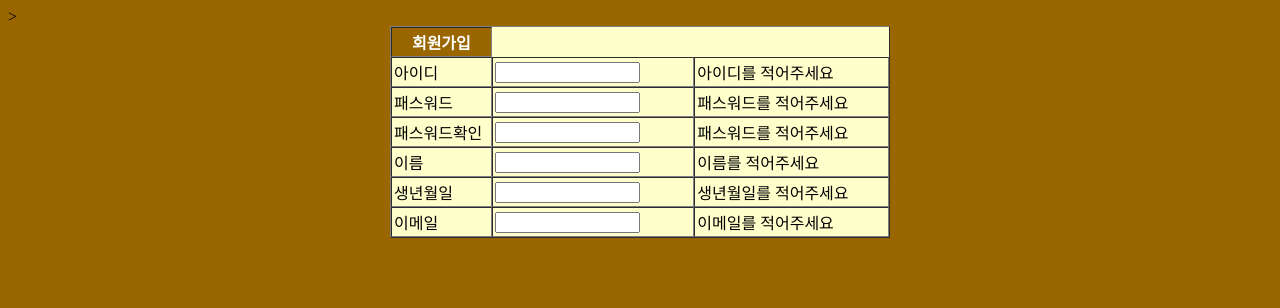
Repository: kimwoongasd/JSPAndServlet
Page: http://localhost/day1226/member.jsp
The author's editor kept a copy of each file at every save. The page is drawn from the files as they stood at one save, then again after the next save.
The browser window is 1280 px wide. The pictures show the whole page.
The page is served by Tomcat 9.

Above is the page before, as saved 2023-12-26 00:39:06.

After the next save:
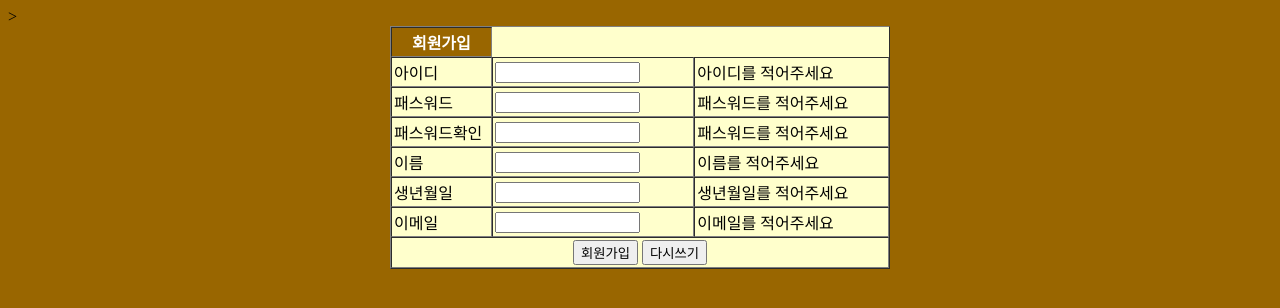
Saved 2 min 52 s later.
--- a/day1226/src/main/webapp/member.jsp
+++ b/day1226/src/main/webapp/member.jsp
@@ -60,6 +60,12 @@
 							</td>
 							<td width="200">이메일를 적어주세요</td>
 						</tr>
+						<tr>
+							<td colspan="3" align="center">
+								<input type="button" value="회원가입" onclick="inputCheck()">
+								<input type="reset" value="다시쓰기">
+							</td>
+						</tr>
 					</form>
 				</table>
 			</td>
